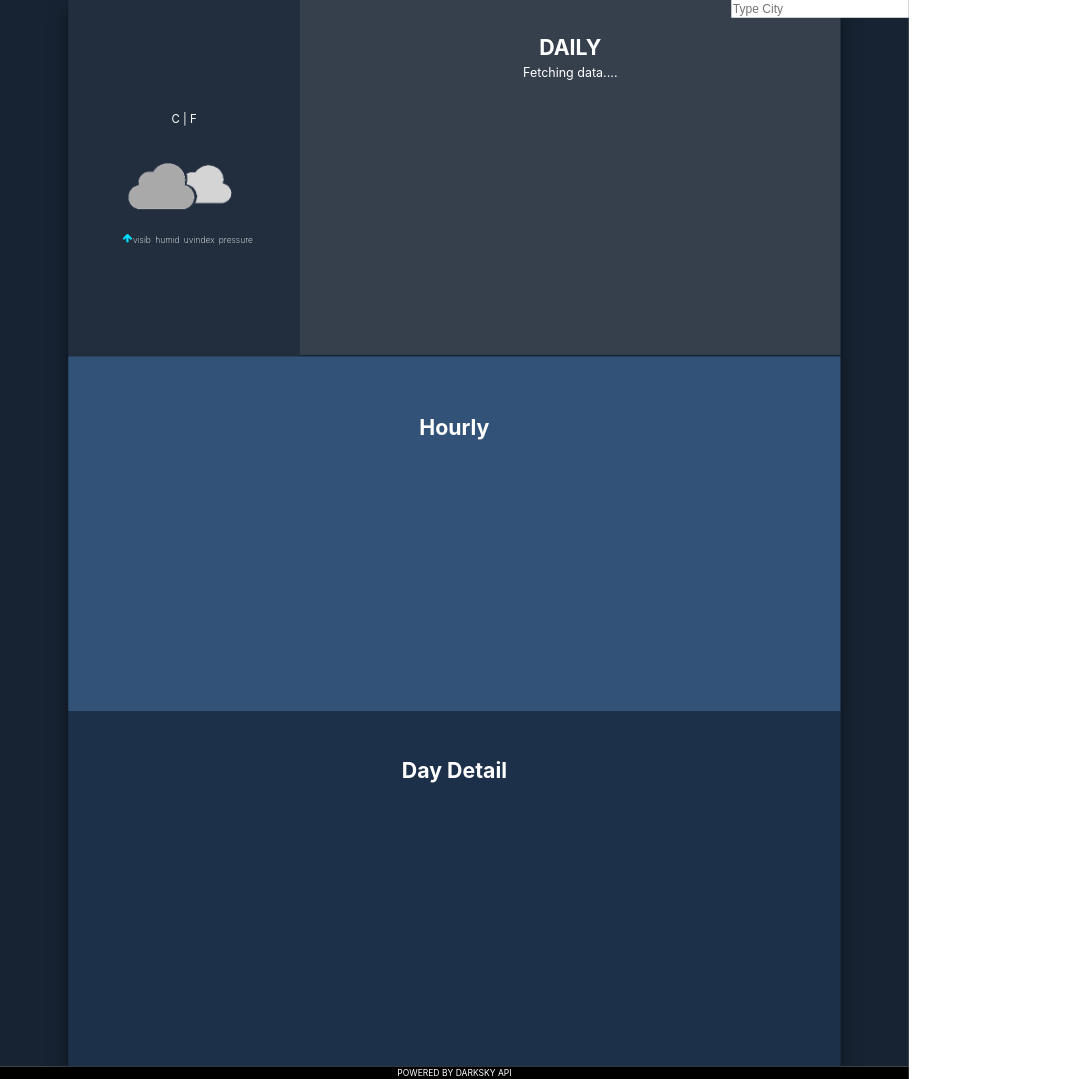
Repository: DOODpls/assignment3_weather
Page: index.html
The author's editor kept a copy of each file at every save. The page is drawn from the files as they stood at one save, then again after the next save.
The browser window is 1280 px wide. The page is 1280 px wide, then 1530 px, so the pictures cover 1530 px, including what lies to the right of the window. The pictures show the whole page, at 71% of full size.
Some web fonts or font styles are not loaded; a fallback is used. Some web libraries are served in a nearby version.

Above is the page before, as saved 2020-01-07 19:23:13.

### index.html
<!DOCTYPE html>
<html lang="en">
    <head>
        <meta charset="UTF-8" />
        <meta name="viewport" content="width=device-width, initial-scale=1.0" />
        <meta http-equiv="X-UA-Compatible" content="ie=edge" />
        <script src="https://ajax.googleapis.com/ajax/libs/jquery/1/jquery.min.js" type="text/javascript"></script>
        <script src="https://ajax.googleapis.com/ajax/libs/jqueryui/1.10.3/jquery-ui.min.js"></script>
        <title>The Weathering</title>
        <link rel="shortcut icon" href="./icons/favicon.ico" />
        <link
            rel="stylesheet"
            href="https://cdnjs.cloudflare.com/ajax/libs/bulma/0.7.5/css/bulma.min.css"
            integrity="sha256-vK3UTo/8wHbaUn+dTQD0X6dzidqc5l7gczvH+Bnowwk="
            crossorigin="anonymous"
        />
        <link
            rel="stylesheet"
            href="https://cdnjs.cloudflare.com/ajax/libs/open-iconic/1.1.1/font/css/open-iconic.min.css"
            integrity="sha256-CfN2r6i/dqkUHVRqpBzO3w21SnIWalwGfj5ScBPVzmI="
            crossorigin="anonymous"
        />
        <link rel="stylesheet" href="styles.css" />
    </head>
    <body>
        <div class="page">
            <div class="main-container">
                <div class="today-container">
                  <form action="" method="post" name="form_citydetails" id="form_citydetails" enctype="multipart/form-data" onsubmit="return false;">
                    <input class="ff_elem city-text" type="text" name="ff_nm_from[]" value="" id="f_elem_city" placeholder="Type City" onkeydown="search(this)"/>
                    </form>
                    <div class="today-stage">
                      <div class="unitswitcher">
                        <div class="celcius" id='cell'>C</div>
                        <br>
                        <p>&nbsp;|&nbsp;</p>
                        <div class="farenheight" id="farr">F</div>
                      </div>
                        <div class="info-holder">
                          <div class="preload"></div>
                          <canvas id="icon0" width="150" height="150"></canvas>
                          <p class="city"></p>
                          <p class="today-temp"></p>
                          <p class="today-description"></p>
                          <p class="today-minmax"></p>
                          <div class="sub-info">
                          <p class="app-temp"></p>
                          <div class="wind-holder">
                            <p class="wind-speed"></p>
                            <div class="wind-direction"></div>
                          </div>
                          <p class="visibility">visib</p>
                          <p class="humidity">humid</p>
                          <p class="uvindex">uvindex</p>
                          <p class="pressure">pressure</p>
                          </div>
                        </div>
                    </div>
                </div>

                <div class="week-container">
                  <p class="daily-title">DAILY</p>
                  <p class="week-summary">Fetching data....</p>
                  <div class="week-stage" id="week-stages">
                  </div>
                </div>
                <div class="hourly-container">
                  <p class="daily-title">Hourly</p>
                  <div class="hourly-row"></div>
                </div>
                <div class="day-details">
                  <div class="titlebar">
                    <p class="daily-title">Day Detail</p>
                    <p class="day-summ"></p>
                  </div>
                  <div class="summary-flex">
                  <div class="melovesomeclouds">
                    <p class="habanero"></p> <!-- have to name it like this bc for some readon uvindex(whatever) wont work  -->
                    <p class="cloud-cover"></p>
                  </div>

                  <div class="sunny">
                    <p class="sunrise"></p>
                    <p class="sunset"></p>
                  </div>

                  <div class="airwater">
                    <p class="humidity2"></p>
                    <p class="dew-point"></p>
                  </div>

                  <div class="wind">
                    <p class="ave-windspeed"></p>
                    <p class="ave-windgust"></p>
                  </div>
                </div>
                </div>
            </div>
        </div>
        <footer class="foooterrr">
          <a href="https://darksky.net/dev">POWERED BY DARKSKY API</a>
        </footer>
        <script src="./skycons.js"></script>
        <script src="./app.js"></script>
    </body>
</html>

### styles.css

.page {
  display: flex;
  color: white;
  justify-content: center;
  flex-wrap: wrap;
  background-color: #172332;
  width: 100%;
  height: 100%;
  overflow: hidden;
}
.main-container {
  height: 100%;
  width: 85vw;
  overflow-y: hidden;
  box-sizing: content-box;
  display: flex;
  justify-content: flex-start;
  flex-wrap: wrap;
  box-shadow: 0 14px 28px rgba(0, 0, 0, 0.25), 0 10px 10px rgba(0, 0, 0, 0.22);
}
.today-container {
  flex: 30%;
  display: flex;
  height: 502px;
  background: #222e3e;
  justify-content: center;
  align-items: center;
  overflow: hidden;
}
.unitswitcher{
  color: white;
  display: flex;
  justify-content: center;
}
.celcius, .farenheight{
  text-decoration: none;
  color: white;
}
.celcius:hover, .farenheight:hover{
  color: rgb(161, 161, 161);
}
.ui-helper-hidden-accessible{
  visibility: hidden;
  position: absolute;
}


.ui-autocomplete {
  position: absolute;
  top: 100%;
  left: 0;
  z-index: 1000;
  float: left;
  display: none;
  min-width: 160px;
  padding: 4px 0;
  margin: 0 0 10px 25px;
  list-style: none;
  background-color: #36404d;
  border-color: #ccc;
  border-color: rgba(0, 0, 0, 0.2);
  border-style: solid;
  border-width: 1px;
  -webkit-border-radius: 5px;
  -moz-border-radius: 5px;
  border-radius: 5px;
  -webkit-box-shadow: 0 5px 10px rgba(0, 0, 0, 0.2);
  -moz-box-shadow: 0 5px 10px rgba(0, 0, 0, 0.2);
  box-shadow: 0 5px 10px rgba(0, 0, 0, 0.2);
  -webkit-background-clip: padding-box;
  -moz-background-clip: padding;
  background-clip: padding-box;
  *border-right-width: 2px;
  *border-bottom-width: 2px;
}

.ui-menu-item > a.ui-corner-all {
  display: block;
  padding: 3px 15px;
  clear: both;
  font-weight: normal;
  line-height: 18px;
  color: #ffffff;
  white-space: nowrap;
  text-decoration: none;
}

.ui-state-hover, .ui-state-active {
  color: #ffffff;
  text-decoration: none;
  background-color: #0088cc;
  border-radius: 0px;
  -webkit-border-radius: 0px;
  -moz-border-radius: 0px;
  background-image: none;
}


.preload{
  background-image: url(./preloader.gif);
  height: 170px;
  width: 170px;
  background-size: 170px;
  position: absolute;
  top: 0;
  display: none;
}
.today-stage {
    position: relative;
    /* background: rgba(0, 0, 0, 0.2); */
}
/* #icon1{
  background-image: url(./preloader.gif);
  background-size: 150px;
} */
.today-icon {
    font-size: 140px;
    opacity: 0.17;
}
.city{
  transition-duration: .5s;
}
.today-temp {
    font-weight: 900;
    font-size: 50px;
    transition-duration: .5s;
}

.info-holder{
  display: flex;
  flex-direction: column;
  justify-content: center;
  align-items: center;
  position: relative;
}
.city-text{
  border-radius: 0px;
  width: 250px;
  height: 25px;
  font-family: Arial, Helvetica, sans-serif;
  font-size: 17px;
  color: #555;
  border: none;
  box-sizing: border-box;
  position: absolute;
  right: 0;
  top: 0;
}
.sub-info{
  display: flex;
  justify-content: space-around;
  flex-direction: row;
  flex-wrap: wrap;
  width: 200px;
  transition-duration: .5s;
}
.app-temp{
    font-weight: 200;
    font-size: 12px;
}
.visibility{
  font-weight: 200;
  font-size: 12px;
}
.humidity{
  font-weight: 200;
  font-size: 12px;
}
.uvindex{
  font-weight: 200;
  font-size: 12px;
}
.pressure{
  font-weight: 200;
  font-size: 12px;
}
.today-minmax {
    font-weight: 400;
    font-size: 18px;
    opacity: 0.4;
    left: 0;
    transition-duration: .5s;
}
.today-description {
    font-weight: 400;
    font-size: 18px;
    transition-duration: .5s;
}
.wind-holder{
  display: flex;
  flex-direction: row;
}
.wind-direction{
    background-image: url('./icons/general_icon/arrow-up.svg');
    height: 13px;
    width: 13px;
    background-size: 13px;
    position: relative;
    left: 5px;
    transition-duration: .5s;
}
.wind-speed{
    font-weight: 200;
    font-size: 12px;
}
.week-container {
    flex: 70%;
  height: 500px;
  width: auto;
  background-color: #36404d;
  display: flex;
  justify-content: center;
  flex-direction: column;
  align-items: center;
}
.week-summary{
  font-size: 1.1em;
  height: auto;
  width: auto;
  margin-left: 20px;
  margin-right: 20px;
  margin-bottom: 20px;
  transition-duration: .5s;
}
.week-stage {
  height: 320px;
  width: auto;
  display: flex;
  justify-content: space-between;

}


/* Track */
.week-day-container {
    height: auto;
    width: 100px;
    margin-left: 20px;
    margin-right: 20px;
    display: flex;
    flex-direction: column;
    justify-content: space-aroud;
    align-items: center;
    position: relative;
    transition-duration: .5s;
}
.week-day-container:hover{
  opacity: .5;
}
@media (max-width:1890px){
  .week-stage {
  width: 80vmin;
  overflow-x: scroll;
  overflow-y: hidden;
  }

}


.week-day-container p {
    font-weight: 400;
    font-size: 12px;
    color: white;
}

.week-day-container span {
    opacity: 0.17;
    font-size: 24px;
    margin: 0;
}
.hourly-container{
  height: 500px;
  width: 100%;
  background-color: #335277;
  display: flex;
  justify-content: center;
  flex-direction: column;
  align-items: center;
}
.hourly-row{
  display: flex;
  flex-direction: row;
  width: 1500px;
  overflow-x: scroll;
  overflow-y: hidden;
  height: 300px;
}

.hourly-cards{
  font-weight: 400;
    font-size: 12px;
    color: white;
    width: 150px;
    display: flex;
    flex-direction: column;
    justify-content: center;
    align-items: center;
    margin-left: 20px;
  margin-right: 20px;
  transition-duration: .5s;
}
.hourly-cards p{
  font-weight: 400;
    font-size: 12px;
    color: white;
}
.loopwind{
  width: auto;
  display: flex;
  flex-direction: row;
  align-items: center;
}
.arrow-rotator{
  background-image: url('./icons/general_icon/arrow-up.svg');
  height: 10px;
  width: 10px;
  background-size: 10px;
  position: relative;
  margin-right: 5px;
  transition-duration: .5s;
}

@media (max-width:1800px){
  .hourly-row{
    width: 80vw;
  }
}

/* width */
::-webkit-scrollbar {
  width: 10px;
  height: 10px;
  border-radius: 20px;
}

/* Track */
::-webkit-scrollbar-track {
  background: #f1f1f1;
  border-radius: 20px;
}

/* Handle */
::-webkit-scrollbar-thumb {
  background: #888;
  border-radius: 20px;
}

/* Handle on hover */
::-webkit-scrollbar-thumb:hover {
  background: #555;
}
.day-details{
  display: flex;
  justify-content: space-around;
  flex-direction: column;
  align-items: center;
  width: 100%;
  height: 500px;
  background-color: #1c3049;
}

.titlebar{
  display: flex;
  flex-direction: column;
  align-items: center;
  justify-content: center;
  align-content: space-between;
  height: 250px;
  margin-left: 10px;
  margin-right: 10px;
  text-align: center;
}
.daily-title{
  font-size: 30px;
  font-weight: bold;
}
.day-summ{
  font-size: 20px;
  position: relative;
  top: 30px;
}
.wind, .airwater, .sunny, .melovesomeclouds{
  font-size: 20px;
  font-weight: bold;
  width: 300px;
  transition-duration: .5s;
  text-align: center;
}
.summary-flex{
  display: flex;
  justify-content: space-around;
  align-items: center;
  flex-wrap: wrap;
  width: 800px;
  height: 500px;
  background-color: #1c3049;
  transition-duration: .5s;
}

@media (max-width: 950px){
  .summary-flex{
    width: 100%;
    margin-right: 5px;
    margin-left: 5px;
  }

}

@media (max-width:705px){
  .wind, .airwater, .sunny, .melovesomeclouds{
    font-size: 20px;
    font-weight: bold;
    display: flex;
    justify-content: center;
    flex-direction: column;
    align-items: center;
    margin-left: 10px;
    margin-right: 10px;
  }

  .main-container {
    width: 100%;
  }
  .week-container{
    flex: none;
    width: 100%;
  }
  .week-stage, .hourly-row{
    width: 90%;
  }
}
@media (max-width:260px){
  .city-text{
    width: 100%;
  }
}
.foooterrr{
  background-color: black;
  color: white;
  font-size: 12px;
  display: flex;
  justify-content: center;
  flex-direction: column;
  align-items: center;
}
a{
  text-decoration: none;
  color: white;
}

Loaded but not shown: skycons.js (726 lines, source omitted); app.js (331 lines, source omitted)

After the next save:
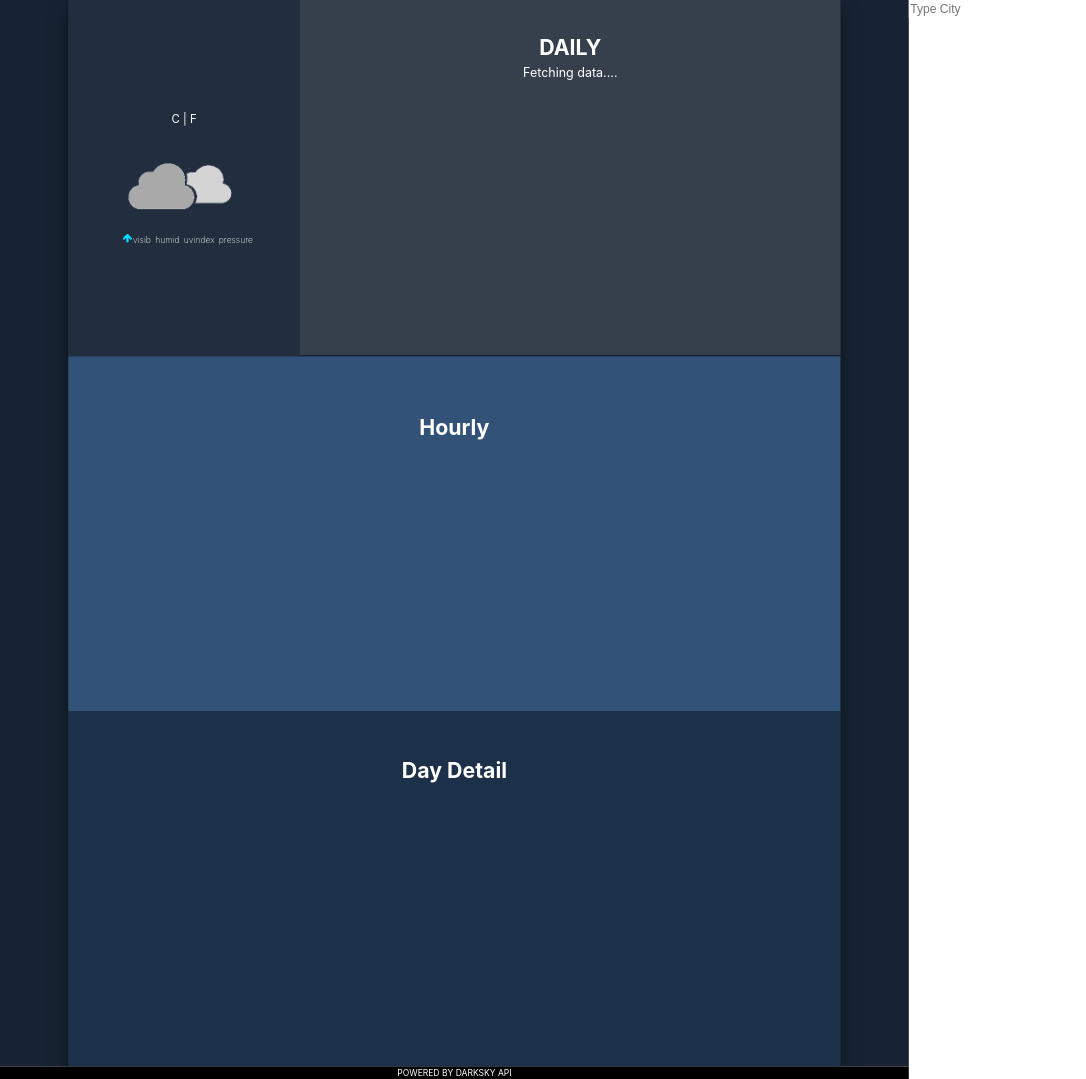
Saved 13 s later.
--- a/styles.css
+++ b/styles.css
@@ -144,7 +144,7 @@
   border: none;
   box-sizing: border-box;
   position: absolute;
-  right: 0;
+  right: -250px;
   top: 0;
 }
 .sub-info{
